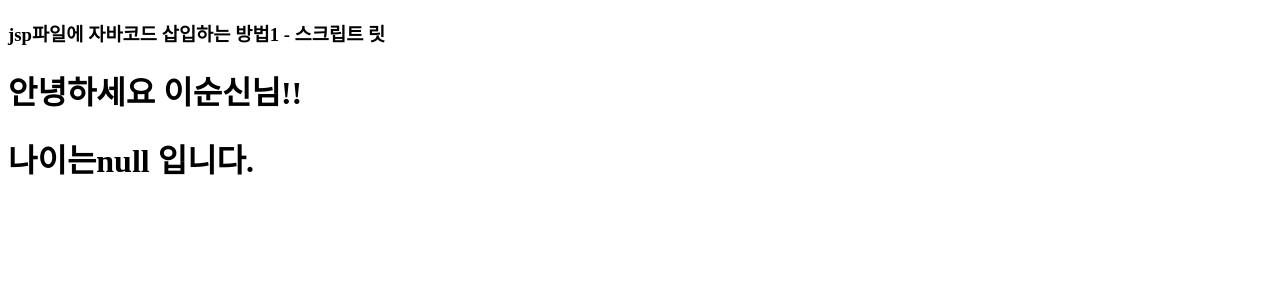
Repository: leehojun95/HJ-Developer
Page: http://localhost/webShop/sec12/hello2.jsp
An editor plug-in stored every save of this project. The page is shown before and after the next save, followed by the edit.
The browser window is 1280 px wide. The pictures show the whole page.
The page is served by Tomcat 9.

Above is the page before, as saved 2024-04-24 03:21:42.

After the next save:
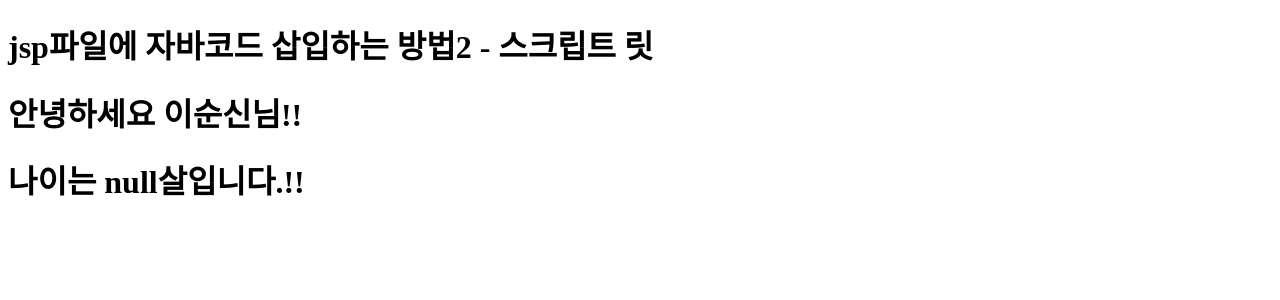
Saved 5 s later.
--- a/webShop/src/main/webapp/sec12/hello2.jsp
+++ b/webShop/src/main/webapp/sec12/hello2.jsp
@@ -1,16 +1,21 @@
 <%@ page language="java" contentType="text/html; charset=UTF-8"
     pageEncoding="UTF-8"%>
-    <%!
-    //선언문, 클래스 레벨에 사입
-    String name = "이순신";
+<%!
+ // 선언문.  클래스 레벨에 삽입
+ String name = "이순신";
 
-    public String getName(){ return name;}
-    %>
+ public String getName() { return name; }
 
-    <%
-    //스크립트 릿(Script let)
-    	String age = request.getParameter("age");
-    %>
+
+%>
+
+
+<%
+	// 스크립트 릿(Script let)
+	String age = request.getParameter("age");
+%>
+
+
 <!DOCTYPE html>
 <html>
 <head>
@@ -18,8 +23,8 @@
 <title>스크립트 릿</title>
 </head>
 <body>
-	<h3>jsp파일에 자바코드 삽입하는 방법1 - 스크립트 릿</h3>
+	<h1>jsp파일에 자바코드 삽입하는 방법2 - 스크립트 릿</h1>
 	<h1>안녕하세요 <%=name %>님!!</h1>
-	<h1>나이는<%=age %> 입니다.</h1>
+	<h1>나이는 <%=age %>살입니다.!!</h1>
 </body>
 </html>
